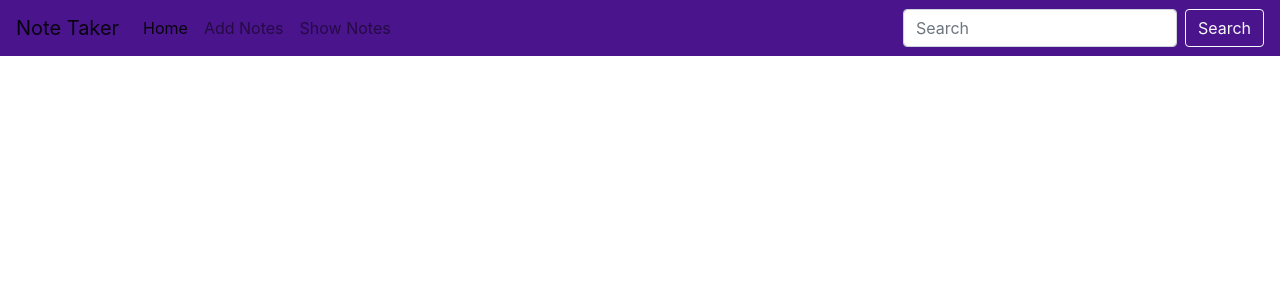
Repository: nayanchy123456/TODO-Project
Page: http://localhost/NoteTaker/add_notes.jsp
An editor plug-in stored every save of this project. The page is shown before and after the next save, followed by the edit.
The browser window is 1280 px wide. The pictures show the whole page.
Some web libraries are served in a nearby version. The page is served by Tomcat 10.

Above is the page before, as saved 2024-09-03 10:43:09.

After the next save:
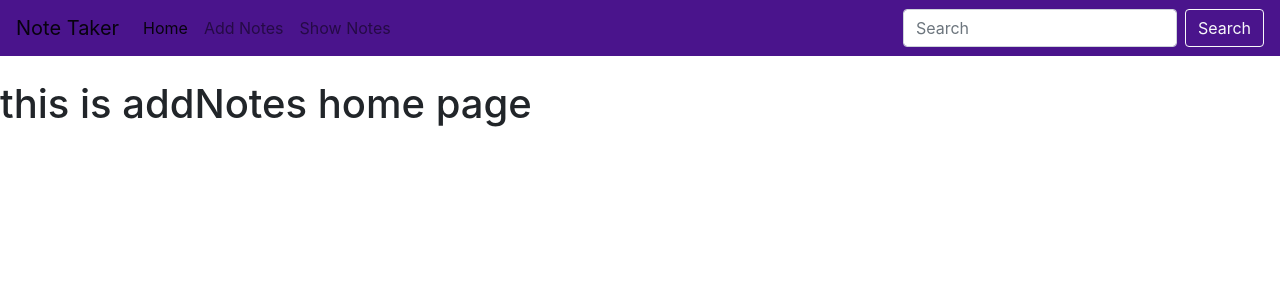
Saved 51 s later.
--- a/TODO webApplication/NoteTaker/src/main/webapp/add_notes.jsp
+++ b/TODO webApplication/NoteTaker/src/main/webapp/add_notes.jsp
@@ -12,6 +12,9 @@
   <body>
    <div class = "container-fluid p-0 m-0">
     	<%@include file = "navbar.jsp" %>
+
+    	<br>
+    	<h1>this is addNotes home page</h1>
     </div>
 
 
